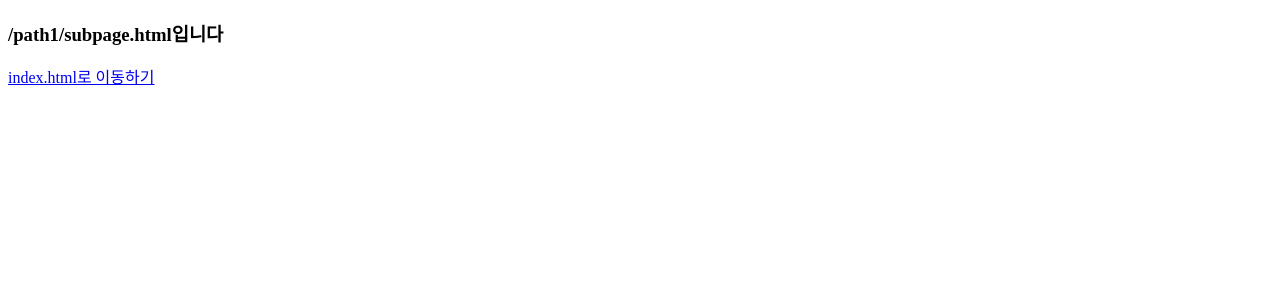
Repository: hyunhee7/web_work
Page: Step01_Path/WebContent/path1/subpage.html
These files come from the project's save history. The page is drawn as it stood at one moment and after the next save; the edit follows.
The browser window is 1280 px wide. The pictures show the whole page.

Above is the page before, as saved 2017-06-20 02:47:47.

### Step01_Path/WebContent/path1/subpage.html
<!DOCTYPE html>
<html>
<head>
<meta charset="UTF-8">
<title>path1/subpage.html</title>
</head>
<body>
	<h3>/path1/subpage.html입니다</h3>
	<a href="../index.html">index.html로 이동하기</a>
</body>
</html>

After the next save:
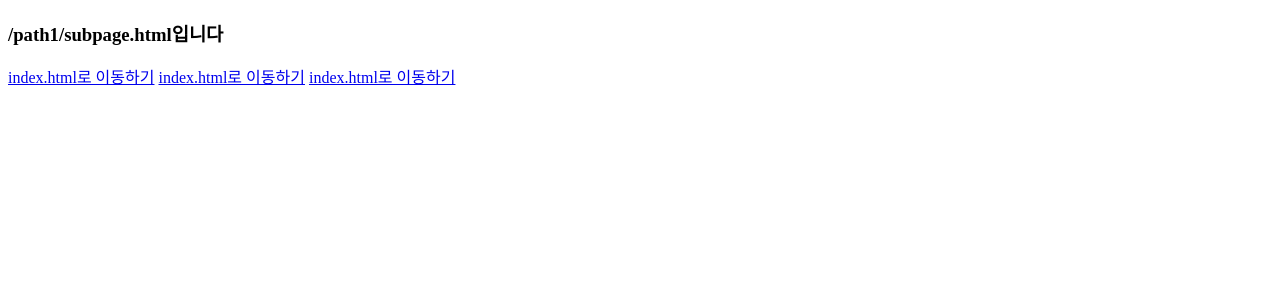
Saved 3 min 35 s later.
--- a/Step01_Path/WebContent/path1/subpage.html
+++ b/Step01_Path/WebContent/path1/subpage.html
@@ -6,6 +6,9 @@
 </head>
 <body>
 	<h3>/path1/subpage.html입니다</h3>
+	<!-- 링크를 눌렀을 때 index.html 페이지로 이동하도록 해 보세요. -->
+	<a href="../index.html">index.html로 이동하기</a>
+	<a href="/Step01_Path/index.html">index.html로 이동하기</a>
 	<a href="../index.html">index.html로 이동하기</a>
 </body>
 </html>
